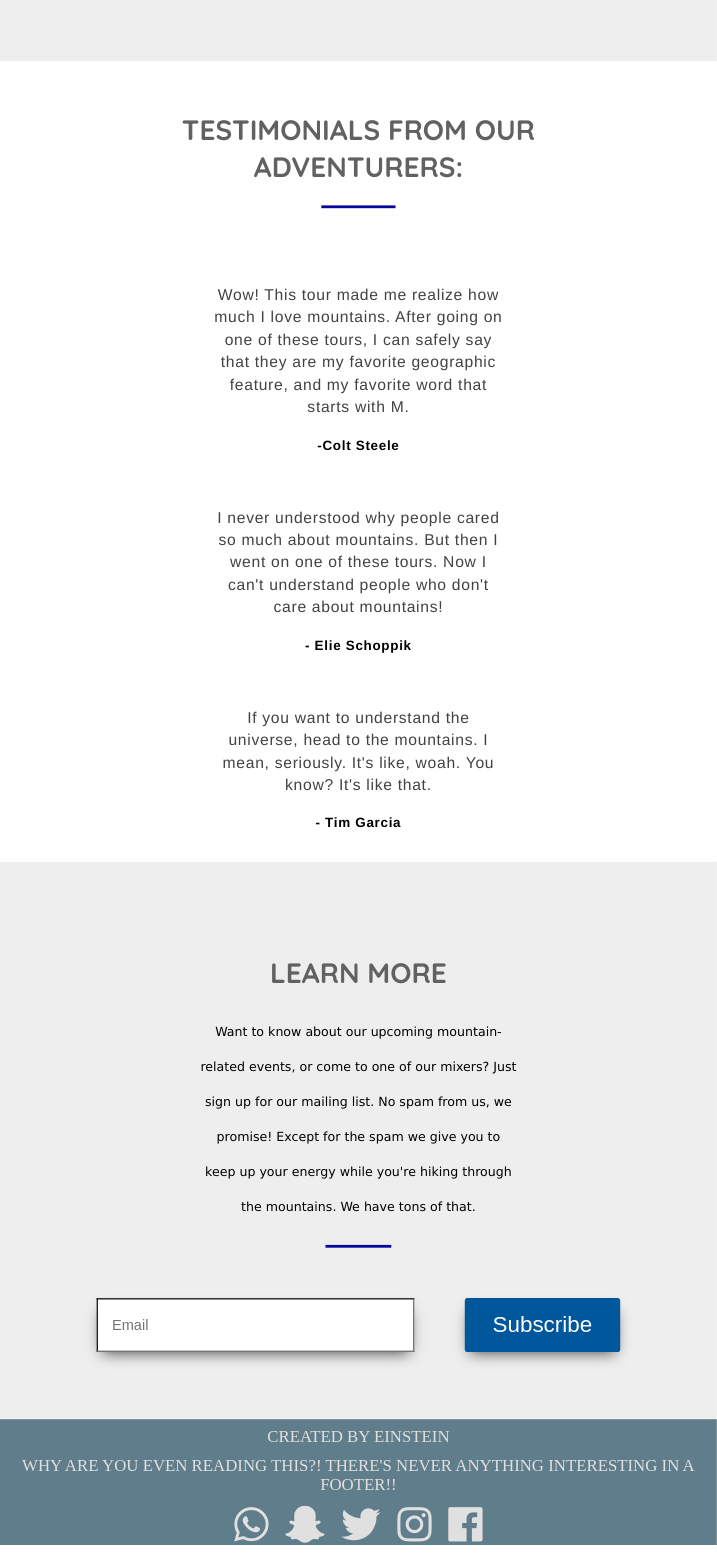
Repository: Einsteiniumeinsteinian/Advanced-CSS
Page: css-project-starter-code/index.html
These files come from the project's save history. The page is drawn as it stood at one moment and after a run of saves; the edit follows.
The browser window is 1024 px wide. The pictures show the part of the page from y = 3418 to 5658 px (the page is 5658 px tall before and 5622 px after), at 70% of full size.
Some web libraries are served in a nearby version.

Above is the page before, as saved 2021-09-02 14:05:22.

After the next 4 saves:
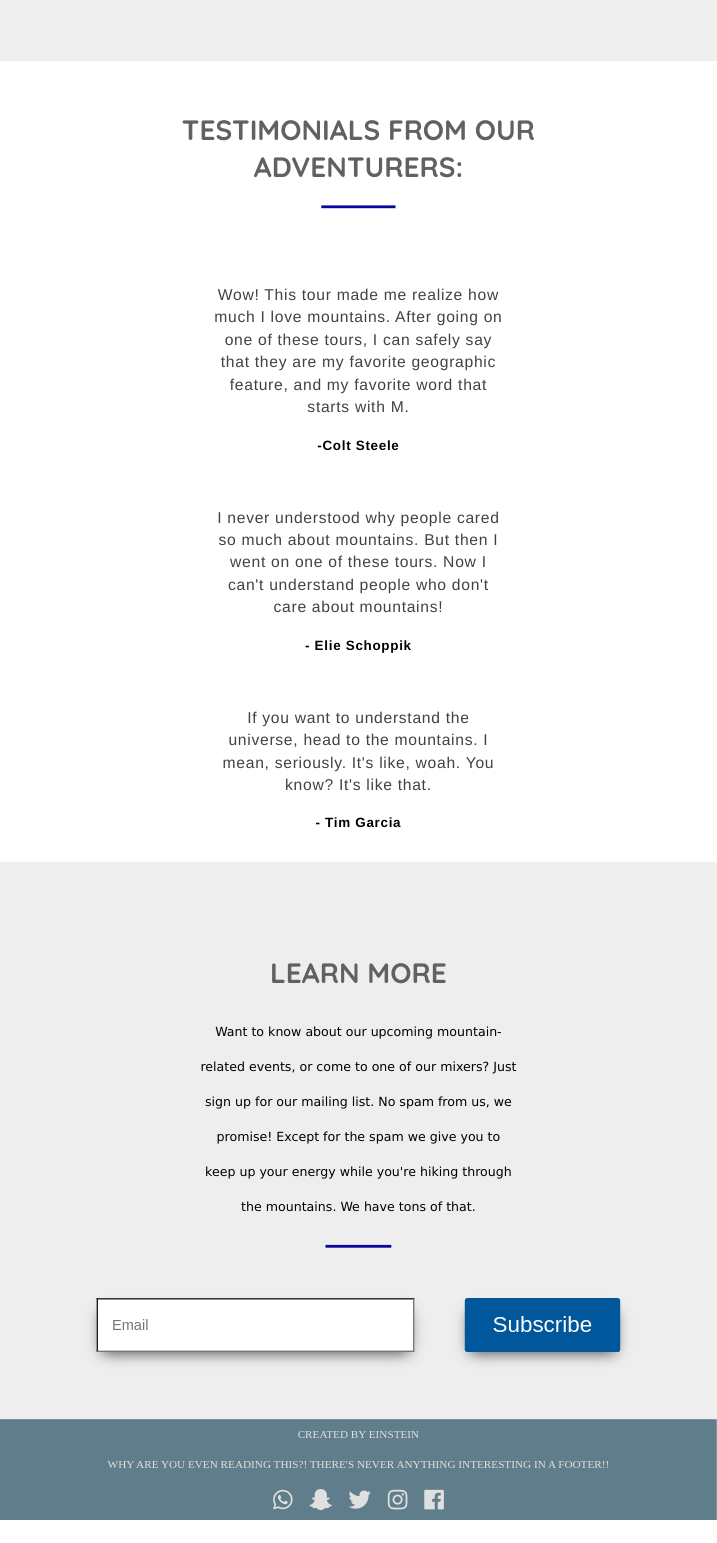
The 4 saves are shown as one change because they came seconds apart.
The last was saved 12 s later.
--- a/css-project-starter-code/assets/css/styles.css
+++ b/css-project-starter-code/assets/css/styles.css
@@ -365,19 +365,6 @@ footer > p{
 @media screen and (max-width: 1220px) {
 footer{
     flex-direction: column;
-    height: 25vh;
-}
-
-
-footer > p{
-    margin-top: 10px;
-    text-align: center;
-  font-size: 1.5rem;
-}
-.footer-text{
-    margin-bottom: 10px;
-}
-.icon-pack > i{
-    font-size: 3.5rem;
-}
-}
+    height: 20vh;
+}
+}
